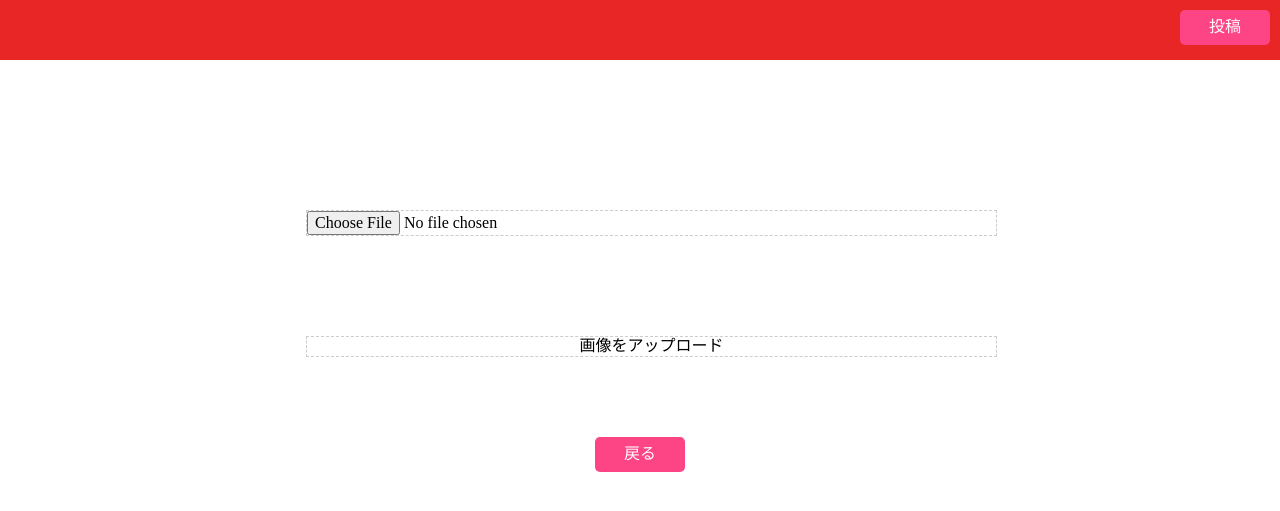
Repository: masaharu0090/yuibon_001
Page: http://localhost/ImagePosting_08.04/views/postImageForm.php?id=25
These files come from the project's save history. The page is drawn as it stood at one moment and after the next save; the edit follows.
The browser window is 1280 px wide. The pictures show the whole page.
The page is run by PHP 8.4 with error messages shown; the project is at /var/www/html/.

Above is the page before, as saved 2023-08-05 00:47:28.

### ImagePosting_08.04/views/postImageForm.php
<!DOCTYPE html>
<html lang="ja">

<head>
    <meta charset="UTF-8">
    <meta http-equiv="X-UA-Compatible" content="IE=edge">
    <meta name="viewport" content="width=device-width, initial-scale=1.0">
    <link rel="stylesheet" href="../assets/css/style.css">
    <title>画像投稿アプリ</title>
</head>

<body>
    <?php include('./header.php') ?>
    <div class="submitImage">
        <?php if(isset($_GET['id'])) { ?>
        <form action="../api/updateImage.php?php echo($_GET['id']); ?>" method="post" enctype="multipart/form-data">
            <?php } else ?>
            <form action="../api/postImage.php" method="post" enctype="multipart/form-data">
                <input type="file" name="image">
                <input type="submit" name="submit" value="画像をアップロード">
            </form>

            <button onclick="location.href='./index.php';" class="backButton">戻る</button>
    </div>
</body>

</html>

<script>
function previewFile(event) {
    var fileData = new FileReader();
    fileData.onload = (function() {
        document.getElementById('preview').src = fileData.result;
    });
    fileData.readAsDataURL(event.files[0]);
}
</script>

### ImagePosting_08.04/views/header.php
<!DOCTYPE html>
<html lang="ja">

<head>
    <meta charset="UTF-8">
    <meta http-equiv="X-UA-Compatible" content="IE=edge">
    <meta name="viewport" content="width=device-width, initial-scale=1.0">
    <link rel="stylesheet" href="../style.css">
    <title>画像投稿アプリ</title>
</head>

<body>
    <div class="header">
        <button class="postImage" onclick="location.href='../views/postImageForm.php';">投稿</button>
    </div>
</body>

</html>

### ImagePosting_08.04/assets/css/style.css
/*! destyle.css v3.0.2 | MIT License | https://github.com/nicolas-cusan/destyle.css */

/* Reset box-model and set borders */
/* ============================================ */

*,
::before,
::after {
  box-sizing: border-box;
  border-style: solid;
  border-width: 0;
}

/* Document */
/* ============================================ */

/**
 * 1. Correct the line height in all browsers.
 * 2. Prevent adjustments of font size after orientation changes in iOS.
 * 3. Remove gray overlay on links for iOS.
 */

html {
  line-height: 1.15; /* 1 */
  -webkit-text-size-adjust: 100%; /* 2 */
  -webkit-tap-highlight-color: transparent; /* 3*/
}

/* Sections */
/* ============================================ */

/**
 * Remove the margin in all browsers.
 */

body {
  margin: 0;
}

/**
 * Render the `main` element consistently in IE.
 */

main {
  display: block;
}

/* Vertical rhythm */
/* ============================================ */

p,
table,
blockquote,
address,
pre,
iframe,
form,
figure,
dl {
  margin: 0;
}

/* Headings */
/* ============================================ */

h1,
h2,
h3,
h4,
h5,
h6 {
  font-size: inherit;
  font-weight: inherit;
  margin: 0;
}
/* Lists (enumeration) */
/* ============================================ */


ul,
ol {
  margin: 0;
  padding: 0;
  list-style: none;
}

/* Lists (definition) */
/* ============================================ */

dt {
  font-weight: bold;
}

dd {
  margin-left: 0;
}

/* Grouping content */
/* ============================================ */

/**
 * 1. Add the correct box sizing in Firefox.
 * 2. Show the overflow in Edge and IE.
 */

hr {
  box-sizing: content-box; /* 1 */
  height: 0; /* 1 */
  overflow: visible; /* 2 */
  border-top-width: 1px;
  margin: 0;
  clear: both;
  color: inherit;
}

/**
 * 1. Correct the inheritance and scaling of font size in all browsers.
 * 2. Correct the odd `em` font sizing in all browsers.
 */

pre {
  font-family: monospace, monospace; /* 1 */
  font-size: inherit; /* 2 */
}

address {
  font-style: inherit;
}

/* Text-level semantics */
/* ============================================ */

/**
 * Remove the gray background on active links in IE 10.
 */

a {
  background-color: transparent;
  text-decoration: none;
  color: inherit;
}

/**
 * 1. Remove the bottom border in Chrome 57-
 * 2. Add the correct text decoration in Chrome, Edge, IE, Opera, and Safari.
 */

abbr[title] {
  text-decoration: underline dotted; /* 2 */
}

/**
 * Add the correct font weight in Chrome, Edge, and Safari.
 */

b,
strong {
  font-weight: bolder;
}

/**
 * 1. Correct the inheritance and scaling of font size in all browsers.
 * 2. Correct the odd `em` font sizing in all browsers.
 */

code,
kbd,
samp {
  font-family: monospace, monospace; /* 1 */
  font-size: inherit; /* 2 */
}

/**
 * Add the correct font size in all browsers.
 */

small {
  font-size: 80%;
}

/**
 * Prevent `sub` and `sup` elements from affecting the line height in
 * all browsers.
 */

sub,
sup {
  font-size: 75%;
  line-height: 0;
  position: relative;
  vertical-align: baseline;
}

sub {
  bottom: -0.25em;
}

sup {
  top: -0.5em;
}

/* Replaced content */
/* ============================================ */

/**
 * Prevent vertical alignment issues.
 */

svg,
img,
embed,
object,
iframe {
  vertical-align: bottom;
}

/* Forms */
/* ============================================ */

/**
 * Reset form fields to make them styleable.
 * 1. Make form elements stylable across systems iOS especially.
 * 2. Inherit text-transform from parent.
 */

button,
input,
optgroup,
select,
textarea {
  -webkit-appearance: none; /* 1 */
  appearance: none;
  vertical-align: middle;
  color: inherit;
  font: inherit;
  background: transparent;
  padding: 0;
  margin: 0;
  border-radius: 0;
  text-align: inherit;
  text-transform: inherit; /* 2 */
}

/**
 * Reset radio and checkbox appearance to preserve their look in iOS.
 */

[type="checkbox"] {
  -webkit-appearance: checkbox;
  appearance: checkbox;
}

[type="radio"] {
  -webkit-appearance: radio;
  appearance: radio;
}

/**
 * Correct cursors for clickable elements.
 */

button,
[type="button"],
[type="reset"],
[type="submit"] {
  cursor: pointer;
}

button:disabled,
[type="button"]:disabled,
[type="reset"]:disabled,
[type="submit"]:disabled {
  cursor: default;
}

/**
 * Improve outlines for Firefox and unify style with input elements & buttons.
 */

:-moz-focusring {
  outline: auto;
}

select:disabled {
  opacity: inherit;
}

/**
 * Remove padding
 */

option {
  padding: 0;
}

/**
 * Reset to invisible
 */

fieldset {
  margin: 0;
  padding: 0;
  min-width: 0;
}

legend {
  padding: 0;
}

/**
 * Add the correct vertical alignment in Chrome, Firefox, and Opera.
 */

progress {
  vertical-align: baseline;
}

/**
 * Remove the default vertical scrollbar in IE 10+.
 */

textarea {
  overflow: auto;
}

/**
 * Correct the cursor style of increment and decrement buttons in Chrome.
 */

[type="number"]::-webkit-inner-spin-button,
[type="number"]::-webkit-outer-spin-button {
  height: auto;
}

/**
 * 1. Correct the outline style in Safari.
 */

[type="search"] {
  outline-offset: -2px; /* 1 */
}

/**
 * Remove the inner padding in Chrome and Safari on macOS.
 */

[type="search"]::-webkit-search-decoration {
  -webkit-appearance: none;
}

/**
 * 1. Correct the inability to style clickable types in iOS and Safari.
 * 2. Fix font inheritance.
 */

::-webkit-file-upload-button {
  -webkit-appearance: button; /* 1 */
  font: inherit; /* 2 */
}

/**
 * Clickable labels
 */

label[for] {
  cursor: pointer;
}

/* Interactive */
/* ============================================ */

/*
 * Add the correct display in Edge, IE 10+, and Firefox.
 */

details {
  display: block;
}

/*
 * Add the correct display in all browsers.
 */

summary {
  display: list-item;
}

/*
 * Remove outline for editable content.
 */

[contenteditable]:focus {
  outline: auto;
}

/* Tables */
/* ============================================ */

/**
1. Correct table border color inheritance in all Chrome and Safari.
*/

table {
  border-color: inherit; /* 1 */
  border-collapse: collapse;
}

caption {
  text-align: left;
}

td,
th {
  vertical-align: top;
  padding: 0;
}

th {
  text-align: left;
  font-weight: bold;
}

/* 共通CSS */
/* ヘッダーCSS */
.header {
  width: 100%;
  height: 60px;
  background-color: #e92626;
  display: flex;
  justify-content: end;
}

.postImage {
  margin: 10px;
}

/* 画像投稿アプリ用buttonタグCSS */
button {
  color: #fff;
  background-color: #fd4485;
  width: 90px;
  height: 35px;
  text-align: center;
  border-radius: 5px;
}

/* 画像一覧ページ */
.imageList {
  width: 80%;
  margin: 10px auto 0 auto;
  display: flex;
  flex-wrap: wrap;
  justify-content: center;
  align-items: center;
}

.imageList img {
  width: 300px;
  height: 200px;
  object-fit: cover;
  margin: 10px;
  cursor: pointer;
}

.imageList img:hover {
  opacity: 70%;
}

.customDiv {
  display: flex;
  flex-wrap: wrap;
  justify-content: center;
  align-items: center;
}

.imageFrame {
  position: relative;
  width: calc(10% - 20px); /* 画像枠の幅を10%に設定 (10個の画像を横に並べるため) */
  margin: 5px;
  display: inline-block;
  border: 1px solid #ccc; /* 枠のデフォルトのスタイルを追加 */
  overflow: hidden; /* 画像のアスペクト比を保つために必要 */
}

.imageFrame img {
  max-width: 100%; /* 画像を枠内に収めるため、枠幅に合わせてサイズを調整 */
  height: auto;
  display: block;
}

.imageNumber {
  position: absolute;
  top: 5px;
  left: 5px;
  background-color: rgba(255, 255, 255, 0.8);
  border: 1px solid #ccc;
  border-radius: 5px;
  padding: 3px;
  font-size: 12px;
}

/* 画像が選択されていない空の枠のスタイル */
.emptyImageFrame {
  position: relative;
  width: calc(10% - 20px); /* 画像枠の幅を10%に設定 (10個の画像を横に並べるため) */
  margin: 5px;
  display: inline-block;
  border: 1px dashed #ccc; /* 薄い点線の枠を追加 */
  background-color: #f0f0f0; /* グレーの背景色を追加 */
  padding-top: calc(10% - 20px); /* 枠のアスペクト比を1:1に保つためのトリック */
  text-align: center; /* 番号を中央に表示するためのスタイル */
  line-height: calc(10% - 20px); /* 枠の高さに合わせて行の高さを調整 */
}

/* 画像が選択されていない空の枠のスタイル */
.emptyImageFrame {
  position: relative;
  width: calc(10% - 20px); /* 画像枠の幅を10%に設定 (10個の画像を横に並べるため) */
  margin: 5px;
  display: inline-block;
  border: 1px dashed #ccc; /* 薄い点線の枠を追加 */
  background-color: #f0f0f0; /* グレーの背景色を追加 */
  padding-top: calc(10% - 20px); /* 枠のアスペクト比を1:1に保つためのトリック */
}

/* 画像が選択されていない空の枠のスタイル */
.emptyImageFrame {
  width: calc(10% - 20px); /* 画像枠の幅を10%に設定 (10個の画像を横に並べるため) */
  height: 0;
  padding-top: 100%; /* 枠のアスペクト比を1:1に保つためのトリック */
  margin: 5px;
  display: inline-block;
  border: 1px dashed #ccc; /* 薄い点線の枠を追加 */
}


/* 画像一覧ページ.ページネーション */
.pagination {
  display: flex;
  justify-content: center;
}

.pagination li {
  display: inline;
  padding:10px 15px;
  margin: 3px;
  border:1px #ccc solid;color:#000053;
  border-radius: 5px;
  cursor: pointer;
}

/* 画像詳細ページ */
.detailImageBox {
  width: 80%;
  margin: 50px auto 0 auto;
  text-align: center;
  display: flex;
}

/* 画像 */
.detailImage {
  width: 60%;
}

.detailImage img {
  width: 100%;
  height: 460px;
  object-fit: cover;
}

.detailImagButton {
  width: 50%;
  margin: 10px auto 30px auto;
  display: flex;
  justify-content: space-around;
}

.updateButton {
  background-color: #78E40C;
}

.deleteButton {
  background-color: #FF0000;
}

/* 画像詳細ページ.コメント */
.comment {
  width: 40%;
  margin-left: 40px;
  text-align: left;
  list-style: none;
}

.comment ul {
  height: 280px;
  overflow-y: scroll;
}

.commentTitle {
  font-size: 20px;
  font-weight: bold;
  margin-bottom: 30px;
}

.comment li {
  margin-bottom: 20px;
}

textarea {
  width: 90%;
  height: 100px;
  resize: none;
  border: 1px solid #ccc;
  margin: 20px 0;
  border-radius: 5px;
}

.submitComment {
  width: 100%;
  margin: 0 auto;
  text-align: center;
}

.submitImage {
  width: 60%;
  margin: 100px auto 0 auto;
  text-align: center;
}

#preview {
  margin: 0 auto;
  width: 400px;
  height: 280px;
  object-fit: cover;
  border: 1px dashed #ccc;
}

.submitImage input {
  width: 90%;
  border: 1px dashed #ccc;
  margin: 50px;
}

.backButton {
  margin-top: 30px;
}

### ImagePosting_08.04/style.css
/*! destyle.css v3.0.2 | MIT License | https://github.com/nicolas-cusan/destyle.css */

/* Reset box-model and set borders */
/* ============================================ */

*,
::before,
::after {
  box-sizing: border-box;
  border-style: solid;
  border-width: 0;
}

/* Document */
/* ============================================ */

/**
 * 1. Correct the line height in all browsers.
 * 2. Prevent adjustments of font size after orientation changes in iOS.
 * 3. Remove gray overlay on links for iOS.
 */

html {
  line-height: 1.15; /* 1 */
  -webkit-text-size-adjust: 100%; /* 2 */
  -webkit-tap-highlight-color: transparent; /* 3*/
}

/* Sections */
/* ============================================ */

/**
 * Remove the margin in all browsers.
 */

body {
  margin: 0;
}

/**
 * Render the `main` element consistently in IE.
 */

main {
  display: block;
}

/* Vertical rhythm */
/* ============================================ */

p,
table,
blockquote,
address,
pre,
iframe,
form,
figure,
dl {
  margin: 0;
}

/* Headings */
/* ============================================ */

h1,
h2,
h3,
h4,
h5,
h6 {
  font-size: inherit;
  font-weight: inherit;
  margin: 0;
}
/* Lists (enumeration) */
/* ============================================ */


ul,
ol {
  margin: 0;
  padding: 0;
  list-style: none;
}

/* Lists (definition) */
/* ============================================ */

dt {
  font-weight: bold;
}

dd {
  margin-left: 0;
}

/* Grouping content */
/* ============================================ */

/**
 * 1. Add the correct box sizing in Firefox.
 * 2. Show the overflow in Edge and IE.
 */

hr {
  box-sizing: content-box; /* 1 */
  height: 0; /* 1 */
  overflow: visible; /* 2 */
  border-top-width: 1px;
  margin: 0;
  clear: both;
  color: inherit;
}

/**
 * 1. Correct the inheritance and scaling of font size in all browsers.
 * 2. Correct the odd `em` font sizing in all browsers.
 */

pre {
  font-family: monospace, monospace; /* 1 */
  font-size: inherit; /* 2 */
}

address {
  font-style: inherit;
}

/* Text-level semantics */
/* ============================================ */

/**
 * Remove the gray background on active links in IE 10.
 */

a {
  background-color: transparent;
  text-decoration: none;
  color: inherit;
}

/**
 * 1. Remove the bottom border in Chrome 57-
 * 2. Add the correct text decoration in Chrome, Edge, IE, Opera, and Safari.
 */

abbr[title] {
  text-decoration: underline dotted; /* 2 */
}

/**
 * Add the correct font weight in Chrome, Edge, and Safari.
 */

b,
strong {
  font-weight: bolder;
}

/**
 * 1. Correct the inheritance and scaling of font size in all browsers.
 * 2. Correct the odd `em` font sizing in all browsers.
 */

code,
kbd,
samp {
  font-family: monospace, monospace; /* 1 */
  font-size: inherit; /* 2 */
}

/**
 * Add the correct font size in all browsers.
 */

small {
  font-size: 80%;
}

/**
 * Prevent `sub` and `sup` elements from affecting the line height in
 * all browsers.
 */

sub,
sup {
  font-size: 75%;
  line-height: 0;
  position: relative;
  vertical-align: baseline;
}

sub {
  bottom: -0.25em;
}

sup {
  top: -0.5em;
}

/* Replaced content */
/* ============================================ */

/**
 * Prevent vertical alignment issues.
 */

svg,
img,
embed,
object,
iframe {
  vertical-align: bottom;
}

/* Forms */
/* ============================================ */

/**
 * Reset form fields to make them styleable.
 * 1. Make form elements stylable across systems iOS especially.
 * 2. Inherit text-transform from parent.
 */

button,
input,
optgroup,
select,
textarea {
  -webkit-appearance: none; /* 1 */
  appearance: none;
  vertical-align: middle;
  color: inherit;
  font: inherit;
  background: transparent;
  padding: 0;
  margin: 0;
  border-radius: 0;
  text-align: inherit;
  text-transform: inherit; /* 2 */
}

/**
 * Reset radio and checkbox appearance to preserve their look in iOS.
 */

[type="checkbox"] {
  -webkit-appearance: checkbox;
  appearance: checkbox;
}

[type="radio"] {
  -webkit-appearance: radio;
  appearance: radio;
}

/**
 * Correct cursors for clickable elements.
 */

button,
[type="button"],
[type="reset"],
[type="submit"] {
  cursor: pointer;
}

button:disabled,
[type="button"]:disabled,
[type="reset"]:disabled,
[type="submit"]:disabled {
  cursor: default;
}

/**
 * Improve outlines for Firefox and unify style with input elements & buttons.
 */

:-moz-focusring {
  outline: auto;
}

select:disabled {
  opacity: inherit;
}

/**
 * Remove padding
 */

option {
  padding: 0;
}

/**
 * Reset to invisible
 */

fieldset {
  margin: 0;
  padding: 0;
  min-width: 0;
}

legend {
  padding: 0;
}

/**
 * Add the correct vertical alignment in Chrome, Firefox, and Opera.
 */

progress {
  vertical-align: baseline;
}

/**
 * Remove the default vertical scrollbar in IE 10+.
 */

textarea {
  overflow: auto;
}

/**
 * Correct the cursor style of increment and decrement buttons in Chrome.
 */

[type="number"]::-webkit-inner-spin-button,
[type="number"]::-webkit-outer-spin-button {
  height: auto;
}

/**
 * 1. Correct the outline style in Safari.
 */

[type="search"] {
  outline-offset: -2px; /* 1 */
}

/**
 * Remove the inner padding in Chrome and Safari on macOS.
 */

[type="search"]::-webkit-search-decoration {
  -webkit-appearance: none;
}

/**
 * 1. Correct the inability to style clickable types in iOS and Safari.
 * 2. Fix font inheritance.
 */

::-webkit-file-upload-button {
  -webkit-appearance: button; /* 1 */
  font: inherit; /* 2 */
}

/**
 * Clickable labels
 */

label[for] {
  cursor: pointer;
}

/* Interactive */
/* ============================================ */

/*
 * Add the correct display in Edge, IE 10+, and Firefox.
 */

details {
  display: block;
}

/*
 * Add the correct display in all browsers.
 */

summary {
  display: list-item;
}

/*
 * Remove outline for editable content.
 */

[contenteditable]:focus {
  outline: auto;
}

/* Tables */
/* ============================================ */

/**
1. Correct table border color inheritance in all Chrome and Safari.
*/

table {
  border-color: inherit; /* 1 */
  border-collapse: collapse;
}

caption {
  text-align: left;
}

td,
th {
  vertical-align: top;
  padding: 0;
}

th {
  text-align: left;
  font-weight: bold;
}

/* 共通CSS */
/* ヘッダーCSS */
.header {
  width: 100%;
  height: 60px;
  background-color: #e92626;
  display: flex;
  justify-content: end;
}

.postImage {
  margin: 10px;
}

/* 画像投稿アプリ用buttonタグCSS */
button {
  color: #fff;
  background-color: #fd4485;
  width: 90px;
  height: 35px;
  text-align: center;
  border-radius: 5px;
}

/* 画像一覧ページ */
.imageList {
  width: 80%;
  margin: 10px auto 0 auto;
  display: flex;
  flex-wrap: wrap;
  justify-content: center;
  align-items: center;
}

.imageList img {
  width: 300px;
  height: 200px;
  object-fit: cover;
  margin: 10px;
  cursor: pointer;
}

.imageList img:hover {
  opacity: 70%;
}

.customDiv {
  display: flex;
  flex-wrap: wrap;
  justify-content: center;
  align-items: center;
}

.imageFrame {
  position: relative;
  width: calc(10% - 20px); /* 画像枠の幅を10%に設定 (10個の画像を横に並べるため) */
  margin: 5px;
  display: inline-block;
  border: 1px solid #ccc; /* 枠のデフォルトのスタイルを追加 */
  overflow: hidden; /* 画像のアスペクト比を保つために必要 */
}

.imageFrame img {
  max-width: 100%; /* 画像を枠内に収めるため、枠幅に合わせてサイズを調整 */
  height: auto;
  display: block;
}

.imageNumber {
  position: absolute;
  top: 5px;
  left: 5px;
  background-color: rgba(255, 255, 255, 0.8);
  border: 1px solid #ccc;
  border-radius: 5px;
  padding: 3px;
  font-size: 12px;
}

/* 画像が選択されていない空の枠のスタイル */
.emptyImageFrame {
  position: relative;
  width: calc(10% - 20px); /* 画像枠の幅を10%に設定 (10個の画像を横に並べるため) */
  margin: 5px;
  display: inline-block;
  border: 1px dashed #ccc; /* 薄い点線の枠を追加 */
  background-color: #f0f0f0; /* グレーの背景色を追加 */
  padding-top: calc(10% - 20px); /* 枠のアスペクト比を1:1に保つためのトリック */
  text-align: center; /* 番号を中央に表示するためのスタイル */
  line-height: calc(10% - 20px); /* 枠の高さに合わせて行の高さを調整 */
}

/* 画像が選択されていない空の枠のスタイル */
.emptyImageFrame {
  position: relative;
  width: calc(10% - 20px); /* 画像枠の幅を10%に設定 (10個の画像を横に並べるため) */
  margin: 5px;
  display: inline-block;
  border: 1px dashed #ccc; /* 薄い点線の枠を追加 */
  background-color: #f0f0f0; /* グレーの背景色を追加 */
  padding-top: calc(10% - 20px); /* 枠のアスペクト比を1:1に保つためのトリック */
}

/* 画像が選択されていない空の枠のスタイル */
.emptyImageFrame {
  width: calc(10% - 20px); /* 画像枠の幅を10%に設定 (10個の画像を横に並べるため) */
  height: 0;
  padding-top: 100%; /* 枠のアスペクト比を1:1に保つためのトリック */
  margin: 5px;
  display: inline-block;
  border: 1px dashed #ccc; /* 薄い点線の枠を追加 */
}


/* 画像一覧ページ.ページネーション */
.pagination {
  display: flex;
  justify-content: center;
}

.pagination li {
  display: inline;
  padding:10px 15px;
  margin: 3px;
  border:1px #ccc solid;color:#000053;
  border-radius: 5px;
  cursor: pointer;
}

/* 画像詳細ページ */
.detailImageBox {
  width: 80%;
  margin: 50px auto 0 auto;
  text-align: center;
  display: flex;
}

/* 画像 */
.detailImage {
  width: 60%;
}

.detailImage img {
  width: 100%;
  height: 460px;
  object-fit: cover;
}

.detailImagButton {
  width: 50%;
  margin: 10px auto 30px auto;
  display: flex;
  justify-content: space-around;
}

.updateButton {
  background-color: #78E40C;
}

.deleteButton {
  background-color: #FF0000;
}

/* 画像詳細ページ.コメント */
.comment {
  width: 40%;
  margin-left: 40px;
  text-align: left;
  list-style: none;
}

.comment ul {
  height: 280px;
  overflow-y: scroll;
}

.commentTitle {
  font-size: 20px;
  font-weight: bold;
  margin-bottom: 30px;
}

.comment li {
  margin-bottom: 20px;
}

textarea {
  width: 90%;
  height: 100px;
  resize: none;
  border: 1px solid #ccc;
  margin: 20px 0;
  border-radius: 5px;
}

.submitComment {
  width: 100%;
  margin: 0 auto;
  text-align: center;
}

.submitImage {
  width: 60%;
  margin: 100px auto 0 auto;
  text-align: center;
}

#preview {
  margin: 0 auto;
  width: 400px;
  height: 280px;
  object-fit: cover;
  border: 1px dashed #ccc;
}

.submitImage input {
  width: 90%;
  border: 1px dashed #ccc;
  margin: 50px;
}

.backButton {
  margin-top: 30px;
}

After the next save:
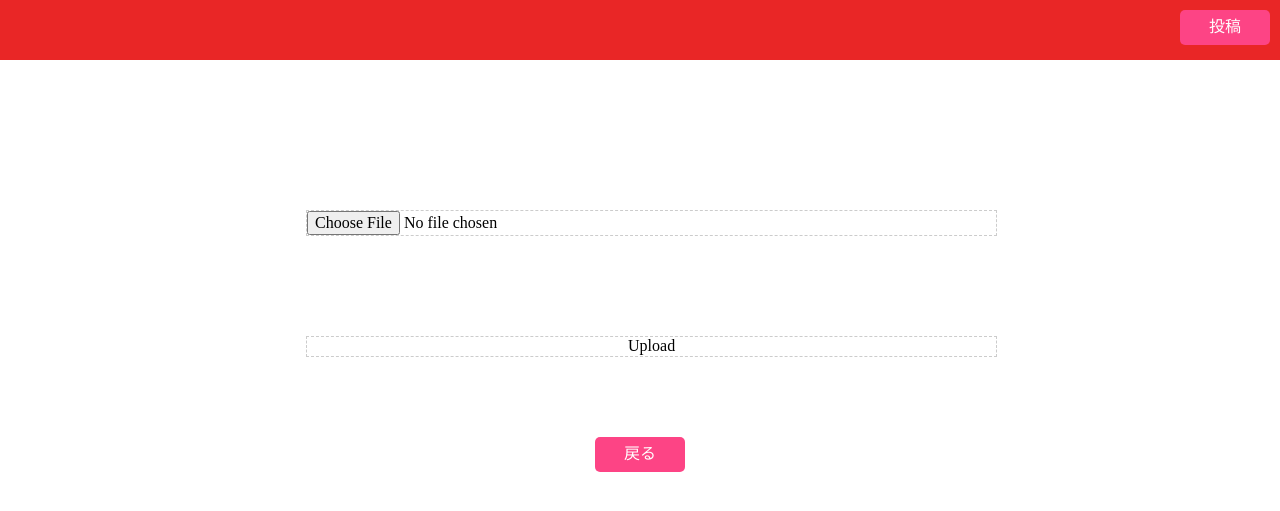
Saved 15 min 4 s later.
--- a/ImagePosting_08.04/views/postImageForm.php
+++ b/ImagePosting_08.04/views/postImageForm.php
@@ -16,8 +16,8 @@
         <form action="../api/updateImage.php?php echo($_GET['id']); ?>" method="post" enctype="multipart/form-data">
             <?php } else ?>
             <form action="../api/postImage.php" method="post" enctype="multipart/form-data">
-                <input type="file" name="image">
-                <input type="submit" name="submit" value="画像をアップロード">
+                <input type="file" name="file" id="file">
+                <input type="submit" name="submit" value="Upload">
             </form>
 
             <button onclick="location.href='./index.php';" class="backButton">戻る</button>
